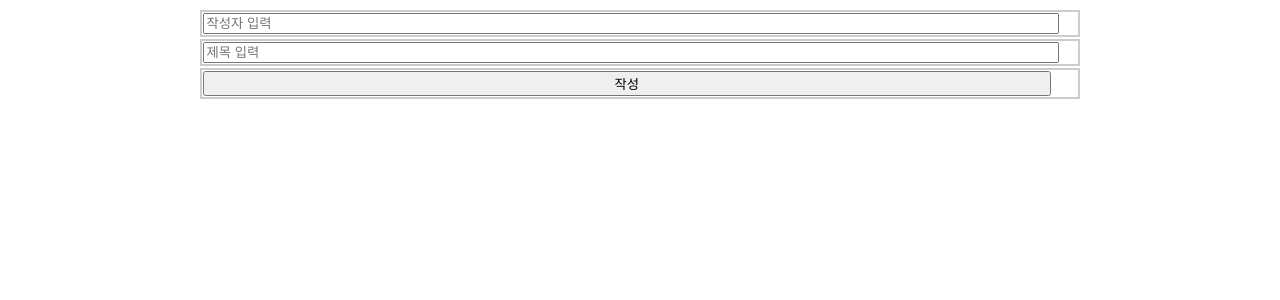
Repository: gudbrwkd98/JavaEE-JSP
Page: http://localhost/BoardApp/news/regist_form.jsp
An editor plug-in stored every save of this project. The page is shown before and after the next save, followed by the edit.
The browser window is 1280 px wide. The pictures show the whole page.
The page is served by Tomcat 9. Other server files are loaded and not shown.

Above is the page before, as saved 2020-12-09 02:10:49.

### BoardApp/WebContent/news/regist_form.jsp
<%@ page contentType="text/html;charset=utf-8"%>
<!DOCTYPE html>
<html>
<head>
<meta charset="utf-8">
<title>Insert title here</title>
<style>
table{
	width:70%;
}
td{
	border:2px solid #cccccc;
}

td input,textarea{
	width:97%;
}

</style>
<script>
</script>
</head>
<body>
	<table align="center">
		<tr>
			<td><input type="text" placeholder="작성자 입력"></td>
		</tr>
		<tr>
			<td><input type="text" placeholder="제목 입력"></td>
		</tr>
		<tr>
			<td><input type="button" value="작성"></td>
		</tr>
	</table>
</body>
</html>

After the next save:
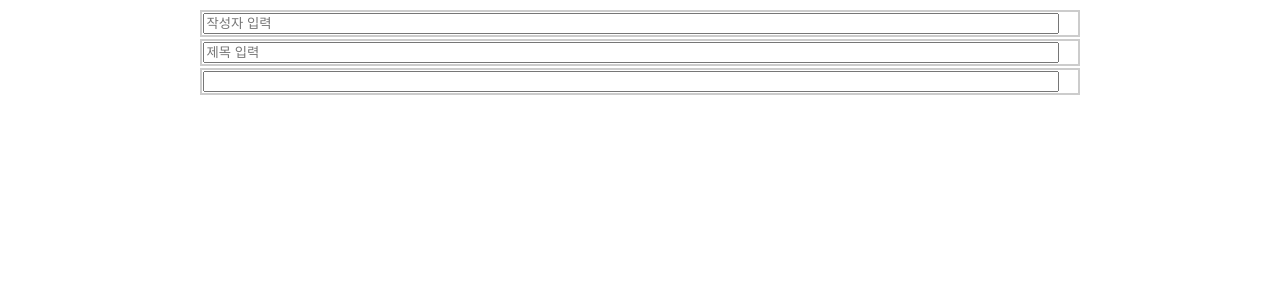
Saved 21 s later.
--- a/BoardApp/WebContent/news/regist_form.jsp
+++ b/BoardApp/WebContent/news/regist_form.jsp
@@ -29,7 +29,7 @@ td input,textarea{
 			<td><input type="text" placeholder="제목 입력"></td>
 		</tr>
 		<tr>
-			<td><input type="button" value="작성"></td>
+			<td><input type="textarea"></td>
 		</tr>
 	</table>
 </body>
